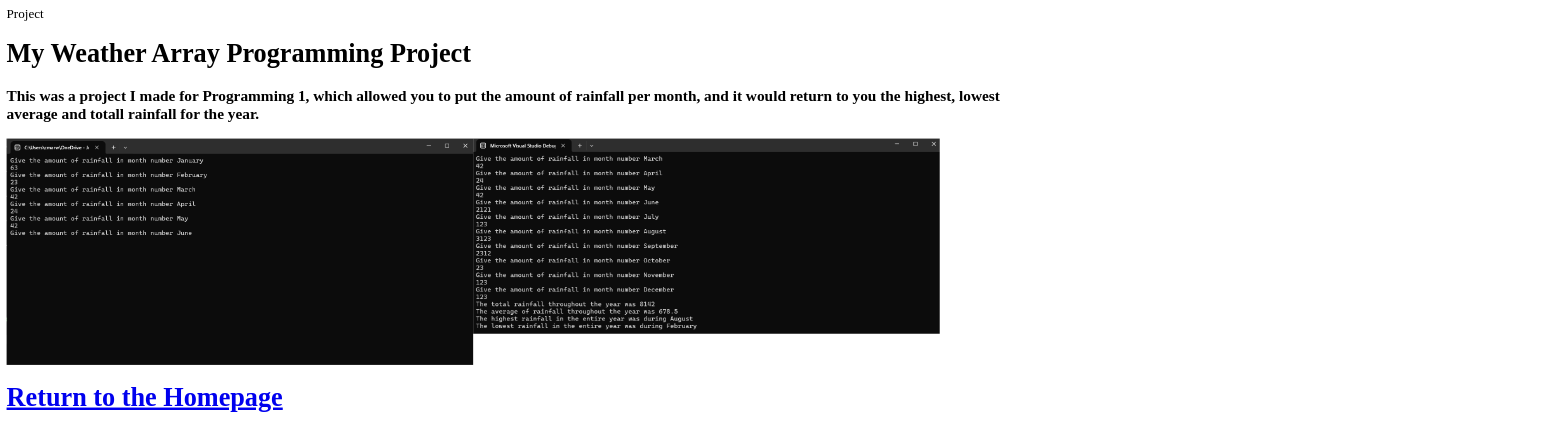
Repository: captainm64/captainm64
Page: projectshow.html
An editor plug-in stored every save of this project. The page is shown before and after the next save, followed by the edit.
The browser window is 1280 px wide. The page is 1904 px wide, so the pictures cover 1904 px, including what lies to the right of the window. The pictures show the whole page, at 82% of full size.

Above is the page before, as saved 2026-05-08 13:50:40.

After the next save:
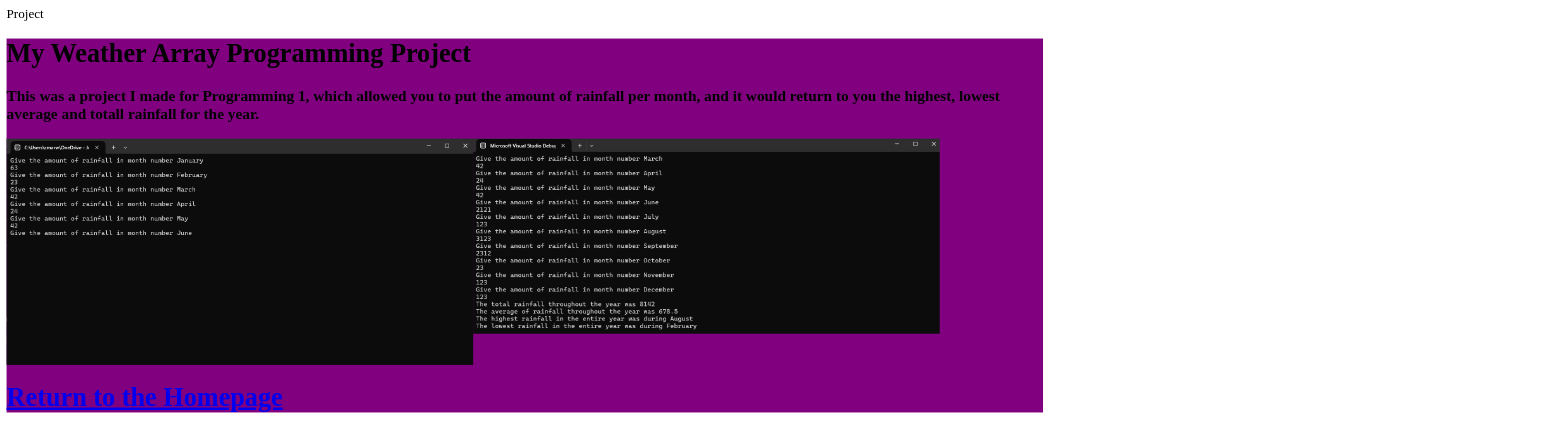
Saved 4 min 29 s later.
--- a/styles/index.css
+++ b/styles/index.css
@@ -1,4 +1,7 @@
+main{
 
+   background-color: purple;
+}
 
 
 img{
